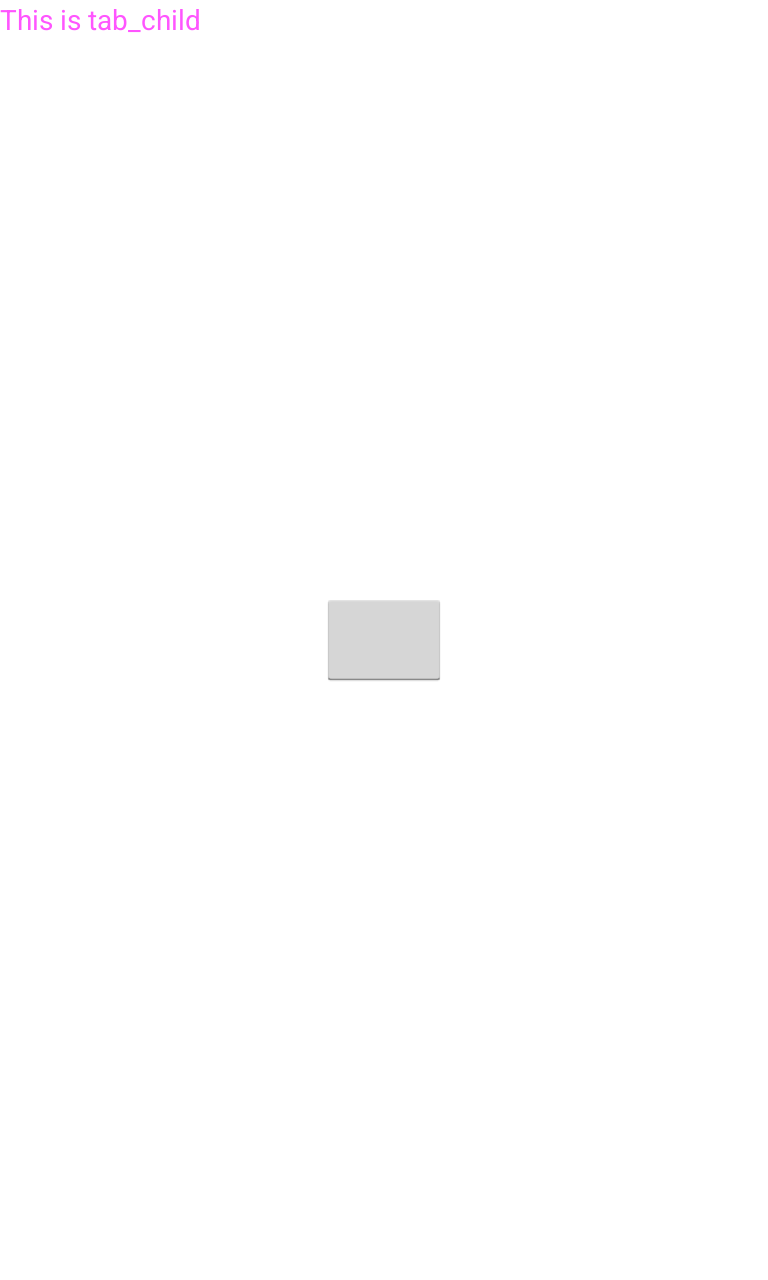
Repository: kpichelman/android
Layout: FragmentTabExample/res/layout/tab_child.xml
An editor plug-in stored every save of this project. The layout is shown before and after the next save, followed by the edit.
It is drawn on a 768 x 1280 px phone screen (xhdpi) without system bars, with theme AppTheme; the app's code is not run. The app's manifest (not shown) leaves right-to-left support off. So textAlignment, textDirection and layoutDirection are ignored, and left and right values win over start and end ones.

Above is the layout before, as saved 2013-06-06 20:10:50.

After the next save:
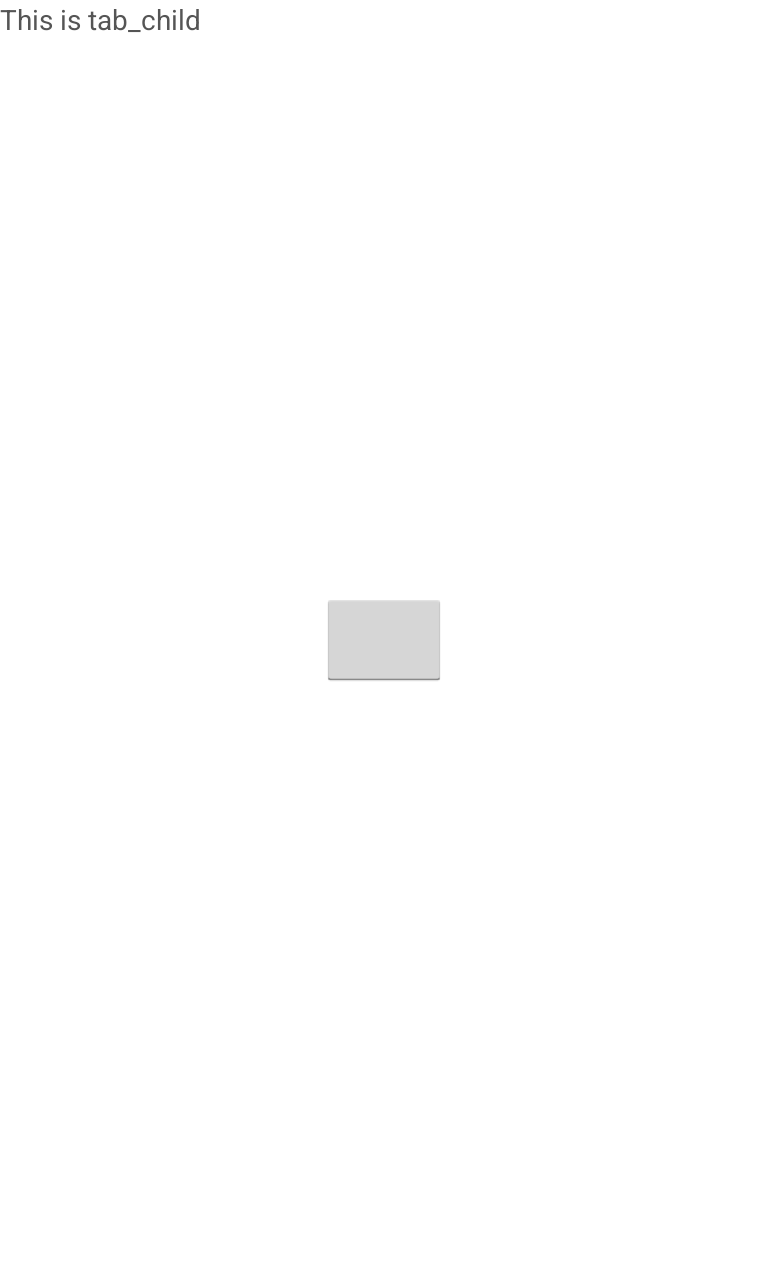
Saved 12 s later.
--- a/FragmentTabExample/res/layout/tab_child.xml
+++ b/FragmentTabExample/res/layout/tab_child.xml
@@ -7,7 +7,7 @@
         android:id="@+id/textView"
         android:layout_width="match_parent"
         android:layout_height="100dp"
-        android:textColor="#FF55FF"
+        android:textColor="#555555"
         android:text="This is tab_child"
         android:textAlignment="center" />
 
